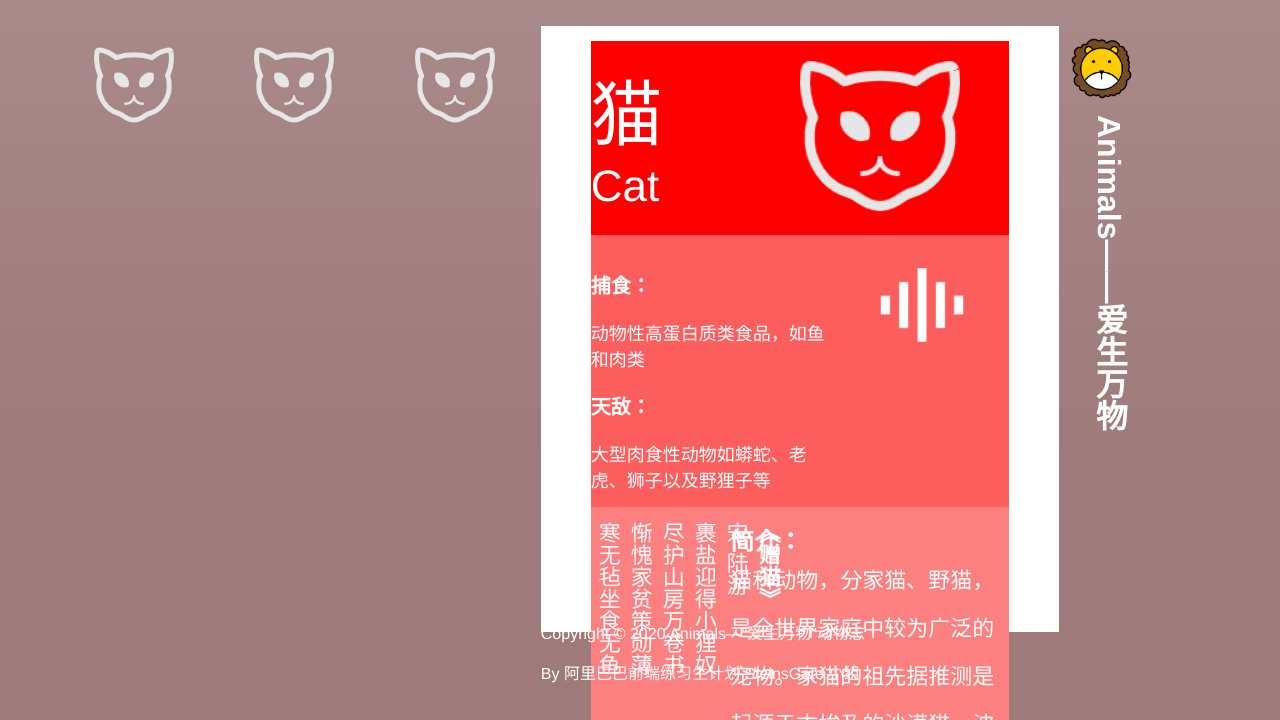
Repository: Whiskeyi/Animals
Page: /
An editor plug-in stored every save of this project. The page is shown before and after the next save, followed by the edit.
The browser window is 1280 px wide. The pictures show the whole page.
The project was rebuilt for these pictures with package versions that can differ from the ones it lists, and the page was loaded fresh each time.

Above is the page before, as saved 2021-11-16 18:39:16.

After the next save:
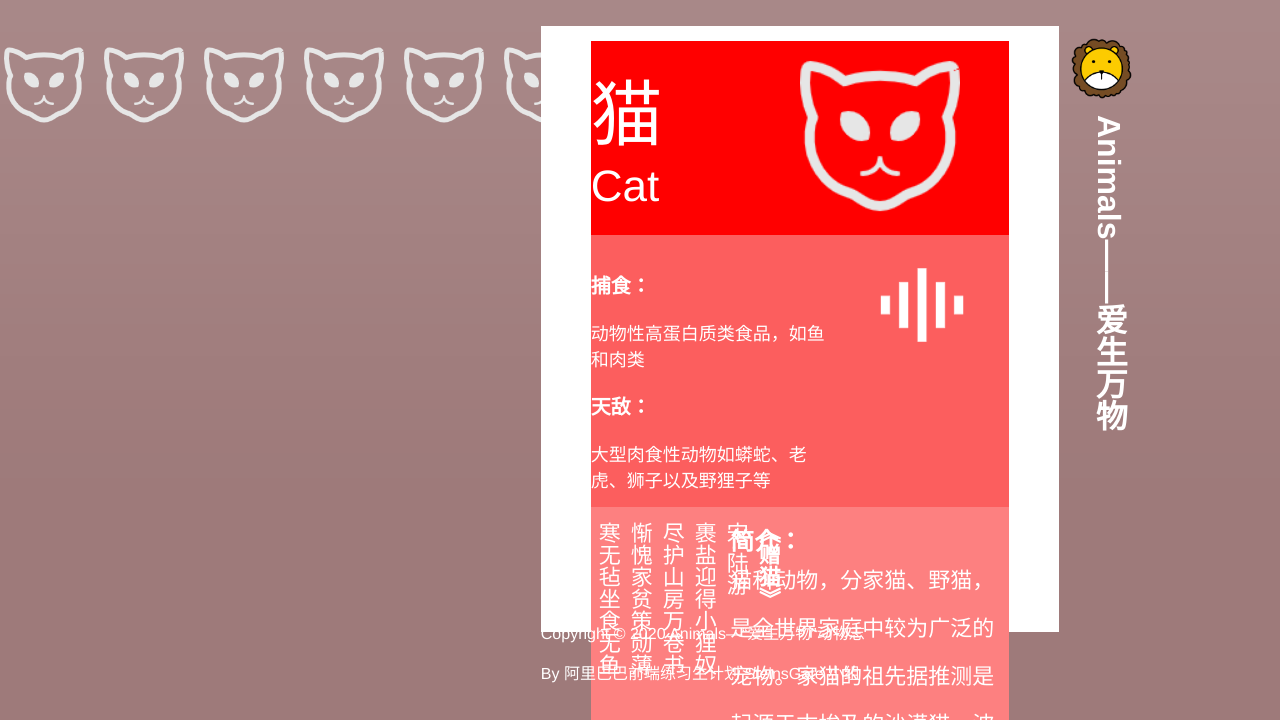
Saved 12 s later.
--- a/src/components/left-main/index.vue
+++ b/src/components/left-main/index.vue
@@ -2,6 +2,15 @@
   <div class="leftContainer">
     <el-row :gutter="20" type="flex" justify="center">
       <el-col :span="8">
+        <el-image class="logo" alt="logo" :src="require('@/icons/animals/cat.png')"></el-image>
+      </el-col>
+      <el-col :span="8">
+        <el-image class="logo" alt="logo" :src="require('@/icons/animals/cat.png')"></el-image>
+      </el-col>
+      <el-col :span="8">
+        <el-image class="logo" alt="logo" :src="require('@/icons/animals/cat.png')"></el-image>
+      </el-col>
+       <el-col :span="8">
         <el-image class="logo" alt="logo" :src="require('@/icons/animals/cat.png')"></el-image>
       </el-col>
       <el-col :span="8">

After the save that followed:
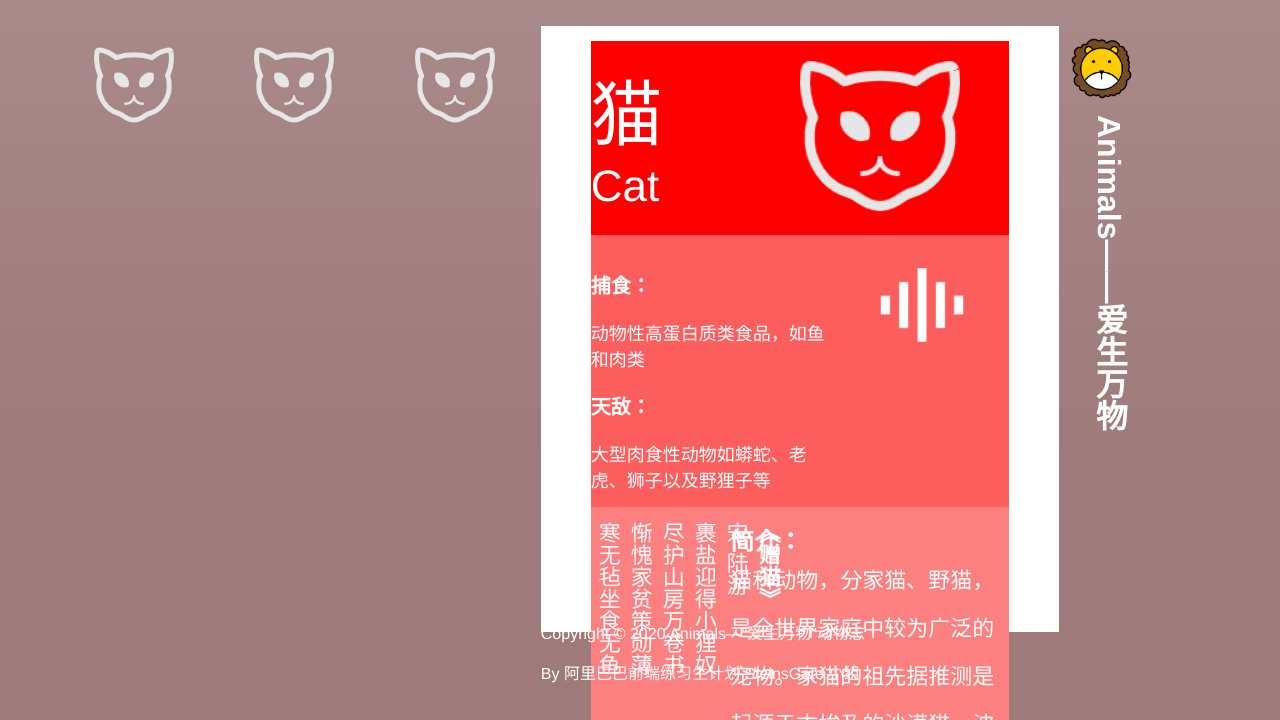
Saved 10 s later.
--- a/src/components/left-main/index.vue
+++ b/src/components/left-main/index.vue
@@ -2,15 +2,6 @@
   <div class="leftContainer">
     <el-row :gutter="20" type="flex" justify="center">
       <el-col :span="8">
-        <el-image class="logo" alt="logo" :src="require('@/icons/animals/cat.png')"></el-image>
-      </el-col>
-      <el-col :span="8">
-        <el-image class="logo" alt="logo" :src="require('@/icons/animals/cat.png')"></el-image>
-      </el-col>
-      <el-col :span="8">
-        <el-image class="logo" alt="logo" :src="require('@/icons/animals/cat.png')"></el-image>
-      </el-col>
-       <el-col :span="8">
         <el-image class="logo" alt="logo" :src="require('@/icons/animals/cat.png')"></el-image>
       </el-col>
       <el-col :span="8">
